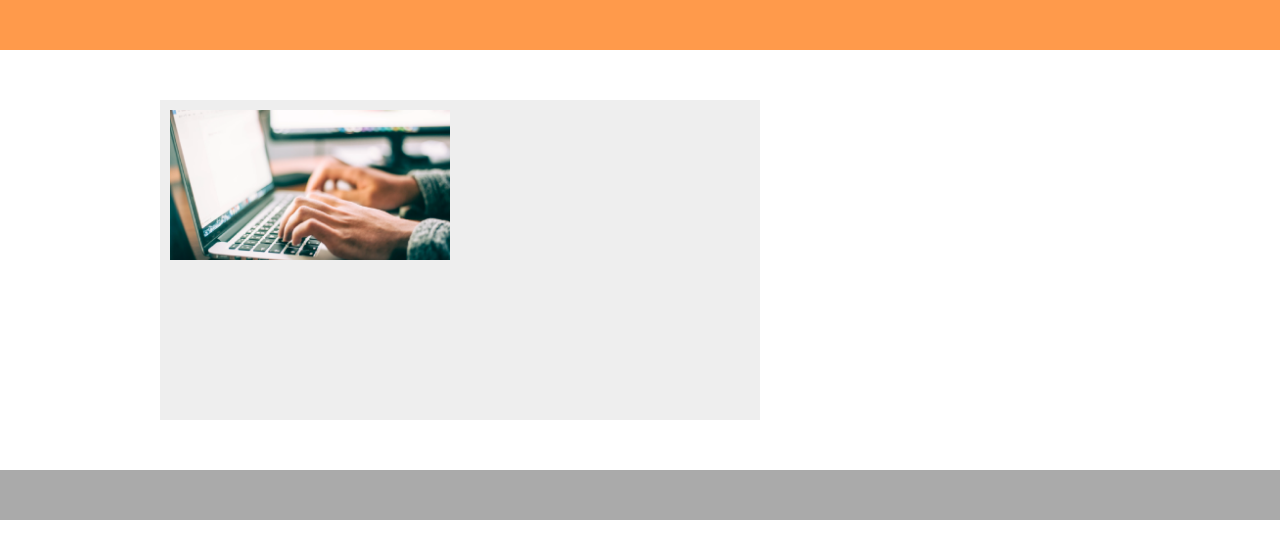
Repository: chihuyu3369/curriculum
Page: chapter9/index.html
The author's editor kept a record of every edit. The page is drawn from the files as they stood at one moment, then again after the next edit.
The browser window is 1280 px wide. The pictures show the whole page.

Above is the page before.

After the next edit:
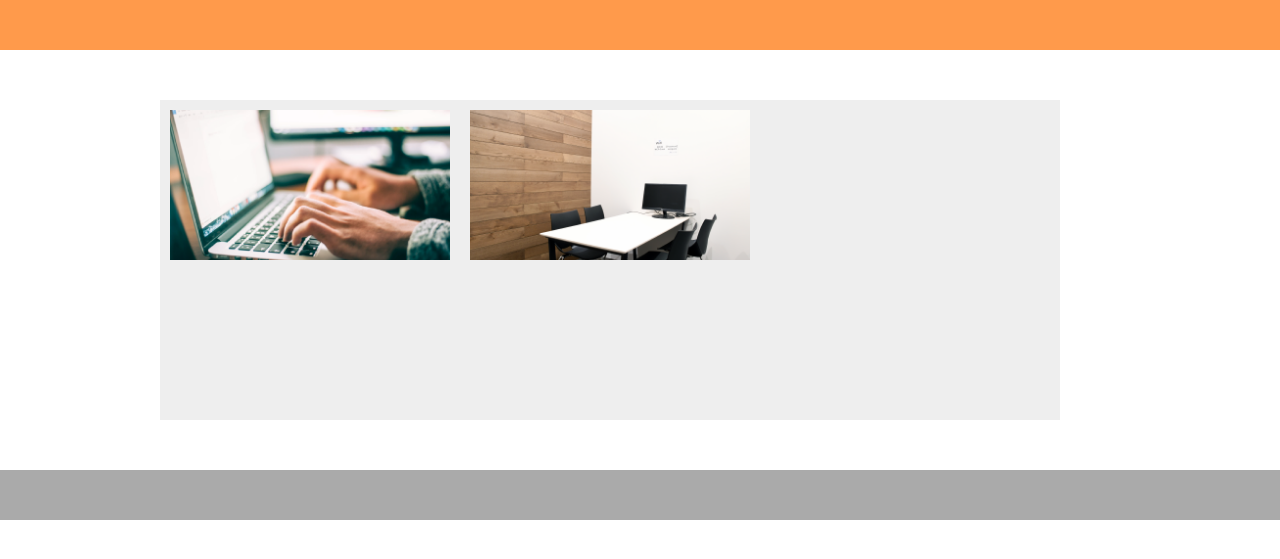
The edit:
--- a/chapter9/index.html
+++ b/chapter9/index.html
@@ -21,7 +21,7 @@
 
 
     <div class="main-visual">
-      <div class="main-visual-i">
+      <div class="main-visual-img2"></div>
 
 
     </div>
